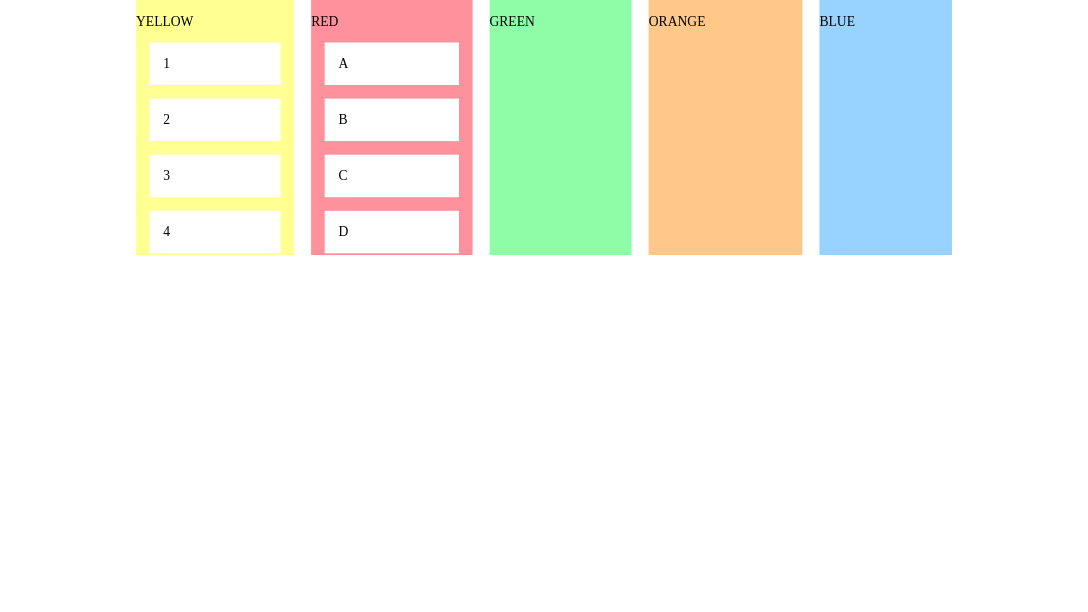
Repository: CryptoFamilyNFT/develhope
Page: css/FlexBoxProperties/index.html
These files come from the project's save history. The page is drawn as it stood at one moment and after the next save; the edit follows.
The browser window is 1280 px wide. The pictures show the whole page, at 85% of full size.

Above is the page before, as saved 2024-11-15 12:21:25.

### css/FlexBoxProperties/index.html
<!DOCTYPE html>
<html lang="en">

<head>
  <meta charset="UTF-8">
  <meta http-equiv="X-UA-Compatible" content="IE=edge">
  <meta name="viewport" content="width=device-width, initial-scale=1.0">
  <title>Blocks</title>
  <link rel="stylesheet" href="start.css">
</head>

<body>
  <section id="green">
    <p>GREEN</p>
  </section>
  <section id="yellow">
    <p>YELLOW</p>
    <ul>
      <li>1</li>
      <li>2</li>
      <li>3</li>
      <li>4</li>
    </ul>
  </section>
  <section id="orange">
    <p>ORANGE</p>
  </section>
  <section id="red">
    <p>RED</p>
    <ul>
      <li>A</li>
      <li>B</li>
      <li>C</li>
      <li>D</li>
    </ul>
  </section>
  <section id="blue">
    <p>BLUE</p>
  </section>
</body>

</html>

### css/FlexBoxProperties/start.css
body {
    width: 60em;
    margin: 0 auto;
    display: grid;
    grid-template-columns: auto auto auto auto;
    gap: 20px;
  }

  body > section{
    height: 300px;
  }

  #green {
    background-color: #8ffda7;
    grid-area: 1 / 3 / 1
  }

  #orange {
    background-color: #ffc788;
    grid-area: 1 / 4 / span 2;
  }

  #yellow {
    background-color: #ffff92;
    grid-area: 1 / 1 / span 1;
  }

  #red {
    background-color: #ff919c;
    grid-area: 1 / 2 / span 1;
  }

  #blue {
    background-color: #98d2ff;
    grid-area: 1 / 5 / span 1;
  }

  ul {
    padding: 0;
  }

  li {
    background-color: white;
    padding: 1em;
    display: block;
    margin: 1em;
  }

After the next save:
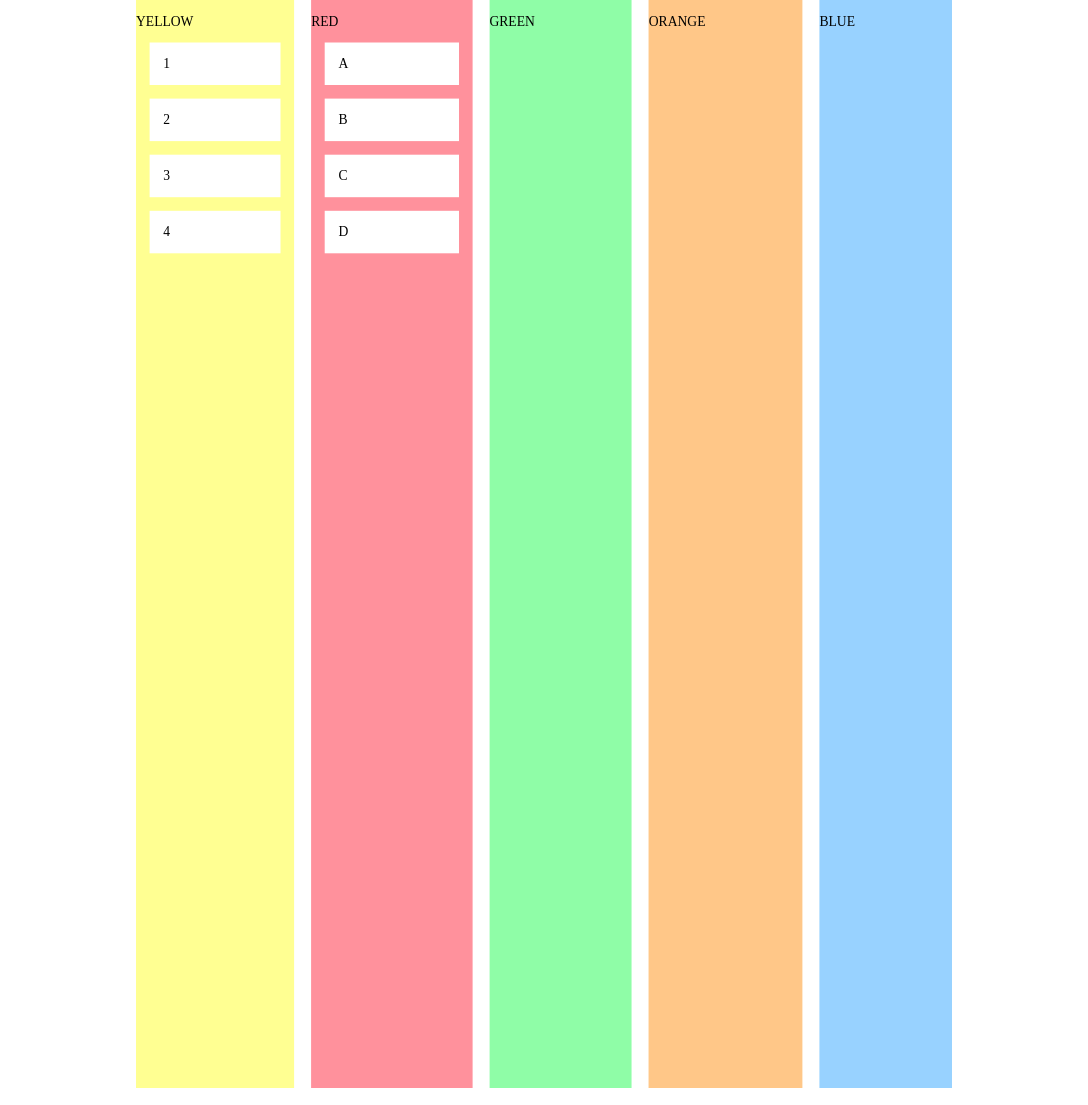
Saved 7 s later.
--- a/css/FlexBoxProperties/start.css
+++ b/css/FlexBoxProperties/start.css
@@ -7,7 +7,7 @@ body {
   }
 
   body > section{
-    height: 300px;
+    height: 100vw;
   }
 
   #green {
